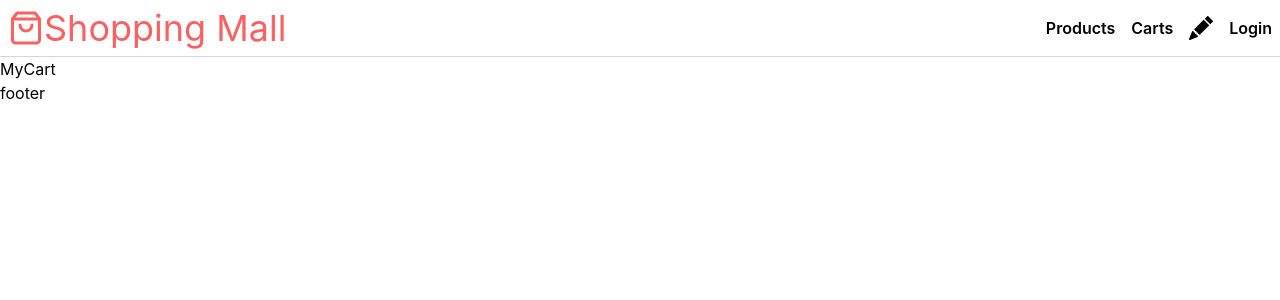
Repository: dnjfht/shopping_mall
Page: /carts
The author's editor kept a copy of each file at every save. The page is drawn from the files as they stood at one save, then again after the next save.
The browser window is 1280 px wide. The pictures show the whole page.
The project was rebuilt for these pictures with package versions that can differ from the ones it lists, and the page was loaded fresh each time. Also part of the build but not shown: src/App.css, src/components/User.jsx, src/pages/Home.jsx, src/pages/AllProducts.jsx, src/pages/NewProduct.jsx, src/pages/ProductDetail.jsx, src/pages/NotFound.jsx.

Above is the page before, as saved 2023-03-06 00:13:16.

### public/index.html
<!DOCTYPE html>
<html lang="en">
  <head>
    <meta charset="utf-8" />
    <link rel="icon" href="%PUBLIC_URL%/favicon.ico" />
    <meta name="viewport" content="width=device-width, initial-scale=1" />
    <meta name="theme-color" content="#000000" />
    <meta
      name="description"
      content="Web site created using create-react-app"
    />
    <link rel="apple-touch-icon" href="%PUBLIC_URL%/logo192.png" />
    <!--
      manifest.json provides metadata used when your web app is installed on a
      user's mobile device or desktop. See https://developers.google.com/web/fundamentals/web-app-manifest/
    -->
    <link rel="manifest" href="%PUBLIC_URL%/manifest.json" />
    <!--
      Notice the use of %PUBLIC_URL% in the tags above.
      It will be replaced with the URL of the `public` folder during the build.
      Only files inside the `public` folder can be referenced from the HTML.

      Unlike "/favicon.ico" or "favicon.ico", "%PUBLIC_URL%/favicon.ico" will
      work correctly both with client-side routing and a non-root public URL.
      Learn how to configure a non-root public URL by running `npm run build`.
    -->
    <title>Shopping Mall</title>
  </head>
  <body>
    <noscript>You need to enable JavaScript to run this app.</noscript>
    <div id="root"></div>
    <!--
      This HTML file is a template.
      If you open it directly in the browser, you will see an empty page.

      You can add webfonts, meta tags, or analytics to this file.
      The build step will place the bundled scripts into the <body> tag.

      To begin the development, run `npm start` or `yarn start`.
      To create a production bundle, use `npm run build` or `yarn build`.
    -->
  </body>
</html>

### src/index.js
import React from "react";
import ReactDOM from "react-dom/client";
import "./index.css";
import App from "./App";
import reportWebVitals from "./reportWebVitals";

import { createBrowserRouter, RouterProvider } from "react-router-dom";
import Home from "./pages/Home";
import AllProducts from "./pages/AllProducts";
import NewProduct from "./pages/NewProduct";
import ProductDetail from "./pages/ProductDetail";
import NotFound from "./pages/NotFound";
import MyCart from "./pages/MyCart";

const router = createBrowserRouter([
  {
    path: "/",
    element: <App />,
    errorElement: <NotFound />,
    children: [
      { index: true, path: "/", element: <Home /> },
      { path: "/products", element: <AllProducts /> },
      {
        path: "/products/new",
        element: <NewProduct />,
      },
      {
        path: "/products/:id",
        element: <ProductDetail />,
      },
      {
        path: "/carts",
        element: <MyCart />,
      },
    ],
  },
]);

const root = ReactDOM.createRoot(document.getElementById("root"));
root.render(
  <React.StrictMode>
    <RouterProvider router={router} />
  </React.StrictMode>
);

// If you want to start measuring performance in your app, pass a function
// to log results (for example: reportWebVitals(console.log))
// or send to an analytics endpoint. Learn more: https://bit.ly/CRA-vitals
reportWebVitals();

### src/index.css
@tailwind base;
@tailwind components;
@tailwind utilities;

body {
  margin: 0;
  font-family: -apple-system, BlinkMacSystemFont, "Segoe UI", "Roboto", "Oxygen",
    "Ubuntu", "Cantarell", "Fira Sans", "Droid Sans", "Helvetica Neue",
    sans-serif;
  -webkit-font-smoothing: antialiased;
  -moz-osx-font-smoothing: grayscale;
  @apply flex flex-col items-center;
}

#root {
  @apply w-full max-w-screen-2xl;
}

code {
  font-family: source-code-pro, Menlo, Monaco, Consolas, "Courier New",
    monospace;
}

### src/App.js
import "./App.css";
import Header from "./components/Header";
import Footer from "./components/Footer";
import { Outlet } from "react-router-dom";

function App() {
  return (
    <div>
      <Header />
      <Outlet />
      <Footer />
    </div>
  );
}

export default App;

### src/pages/MyCart.jsx
import React from "react";

export default function MyCart() {
  return <div>MyCart</div>;
}

### src/components/Header.jsx
import React, { useEffect, useState } from "react";
import { Link } from "react-router-dom";
import { FiShoppingBag } from "react-icons/fi";
import { BsFillPencilFill } from "react-icons/bs";
import { login, logout, onUserStateChange } from "../firebase";
import User from "./User";

export default function Header() {
  const [user, setUser] = useState();

  useEffect(() => {
    onUserStateChange((user) => {
      console.log(user);
      setUser(user);
    });
  }, []);

  return (
    <header className="flex justify-between border-b border-gray-300 p-2">
      <Link to="/" className="flex items-center text-4xl text-brand">
        <FiShoppingBag />
        <h1>Shopping Mall</h1>
      </Link>
      <nav className="flex items-center gap-4 font-semibold">
        <Link to="/products">Products</Link>
        <Link to="/carts">Carts</Link>
        <Link to="/products/new" className="text-2xl">
          <BsFillPencilFill />
        </Link>
        {user && <User user={user} />}
        {!user && <button onClick={login}>Login</button>}
        {user && <button onClick={logout}>Logout</button>}
      </nav>
    </header>
  );
}

### src/components/Footer.jsx
import React from "react";

export default function Footer() {
  return <div>footer</div>;
}

### src/firebase.js
// Import the functions you need from the SDKs you need
import { initializeApp } from "firebase/app";
import {
  getAuth,
  signInWithPopup,
  GoogleAuthProvider,
  signOut,
  onAuthStateChanged,
} from "firebase/auth";
import { getDatabase, ref, child, get } from "firebase/database";

const firebaseConfig = {
  apiKey: process.env.REACT_APP_FIREBASE_API_KEY,
  authDomain: process.env.REACT_APP_FIREBASE_AUTH_DOMAIN,
  databaseURL: process.env.REACT_APP_FIREBASE_DB_URL,
  projectId: process.env.REACT_APP_FIREBASE_PROJECT_ID,
};

// Initialize Firebase
const app = initializeApp(firebaseConfig);

// Initialize Firebase Authentication and get a reference to the service
const auth = getAuth(app);
// Initialize Realtime Database and get a reference to the service
const database = getDatabase(app);

const provider = new GoogleAuthProvider();

export async function login() {
  return signInWithPopup(auth, provider).catch(console.error);
}

export async function logout() {
  return signOut(auth);
  // return signOut(auth).then(() => null);
}

export function onUserStateChange(callback) {
  onAuthStateChanged(auth, async (user) => {
    // 1. 사용자가 있는 경우에 (로그인한 경우)
    const updateUser = user ? await adminUser(user) : null;
    callback(updateUser);
  });
}

async function adminUser(user) {
  // 2. 사용자가 어드민 권한을 가지고 있는지 확인!
  // 3. {...user, isAdmin: true/false}

  const dbRef = ref(database);
  return get(child(dbRef, "admins")).then((snapshot) => {
    if (snapshot.exists()) {
      const admins = snapshot.val();
      console.log(admins);
      const isAdmin = admins.includes(user.uid);
      return { ...user, isAdmin };
    }
    return user;
  });
}

### tailwind.config.js
/** @type {import('tailwindcss').Config} */
module.exports = {
  content: ["./src/**/*.{js,jsx}"],
  theme: {
    extend: {
      colors: {
        brand: "#F96162",
      },
    },
  },
  plugins: [],
};

Loaded but not shown: src/reportWebVitals.js (common file)

After the next save:
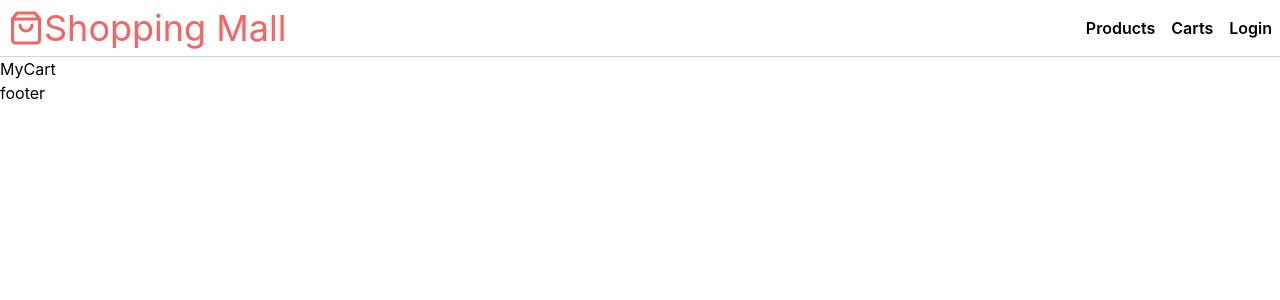
Saved 15 min 16 s later.
--- a/src/components/Header.jsx
+++ b/src/components/Header.jsx
@@ -24,9 +24,11 @@ export default function Header() {
       <nav className="flex items-center gap-4 font-semibold">
         <Link to="/products">Products</Link>
         <Link to="/carts">Carts</Link>
-        <Link to="/products/new" className="text-2xl">
-          <BsFillPencilFill />
-        </Link>
+        {user && user.isAdmin && (
+          <Link to="/products/new" className="text-2xl">
+            <BsFillPencilFill />
+          </Link>
+        )}
         {user && <User user={user} />}
         {!user && <button onClick={login}>Login</button>}
         {user && <button onClick={logout}>Logout</button>}
